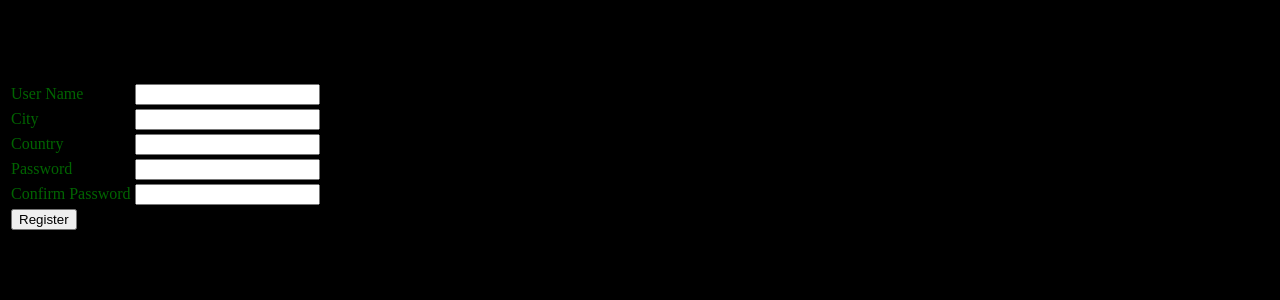
Repository: sultanaNargis03/IndustryReadyJavaSpringBoot
Page: Servlet/workspace/Learningportal/src/main/webapp/register.html
These files come from the project's save history. The page is drawn as it stood at one moment and after the next save; the edit follows.
The browser window is 1280 px wide. The pictures show the whole page.

Above is the page before, as saved 2023-12-08 11:28:50.

### Servlet/workspace/Learningportal/src/main/webapp/register.html
<!DOCTYPE html>
<html>
<head>
<meta charset="ISO-8859-1">
<title>Registration</title>
</head>
<body style="align-content: center"bgcolor="black">
<h2 style="color: red"><marquee>Student registration!!</marquee></h2>
<form action="./reg" style="color:darkgreen">
	<table style="align-content: center">
		<tr>
			<td>User Name</td>
			<td><input type="text" name="uname"</td>
		</tr>
		<tr>
			<td>City</td>
			<td><input type="text" name="city"</td>
		</tr>

		<tr>
			<td>Country</td>
			<td><input type="text" name="country"</td>
		</tr>
		<tr>
			<td>Password</td>
			<td><input type="password" name="password"</td>
		</tr>
		<tr>
			<td>Confirm Password</td>
			<td><input type="password" name="cpassword"</td>
		</tr>
		<tr>
			<td><input type="submit" value="Register"</td>
		</tr>
	</table>
</form>

</body>
</html>

After the next save:
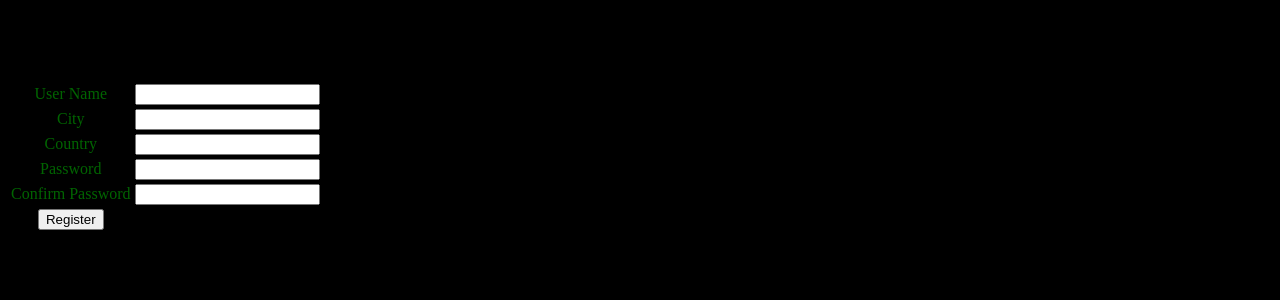
Saved 35 s later.
--- a/Servlet/workspace/Learningportal/src/main/webapp/register.html
+++ b/Servlet/workspace/Learningportal/src/main/webapp/register.html
@@ -7,7 +7,7 @@
 <body style="align-content: center"bgcolor="black">
 <h2 style="color: red"><marquee>Student registration!!</marquee></h2>
 <form action="./reg" style="color:darkgreen">
-	<table style="align-content: center">
+	<table style="text-align: center">
 		<tr>
 			<td>User Name</td>
 			<td><input type="text" name="uname"</td>

After the save that followed:
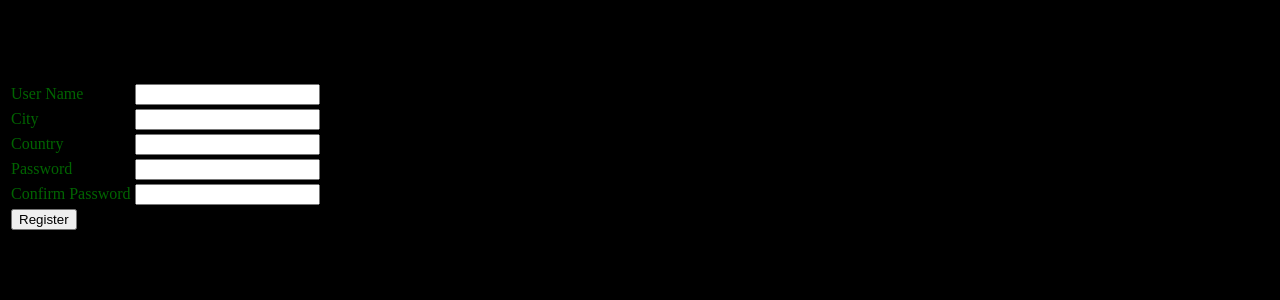
Saved 27 s later.
--- a/Servlet/workspace/Learningportal/src/main/webapp/register.html
+++ b/Servlet/workspace/Learningportal/src/main/webapp/register.html
@@ -7,7 +7,7 @@
 <body style="align-content: center"bgcolor="black">
 <h2 style="color: red"><marquee>Student registration!!</marquee></h2>
 <form action="./reg" style="color:darkgreen">
-	<table style="text-align: center">
+	<table ">
 		<tr>
 			<td>User Name</td>
 			<td><input type="text" name="uname"</td>
